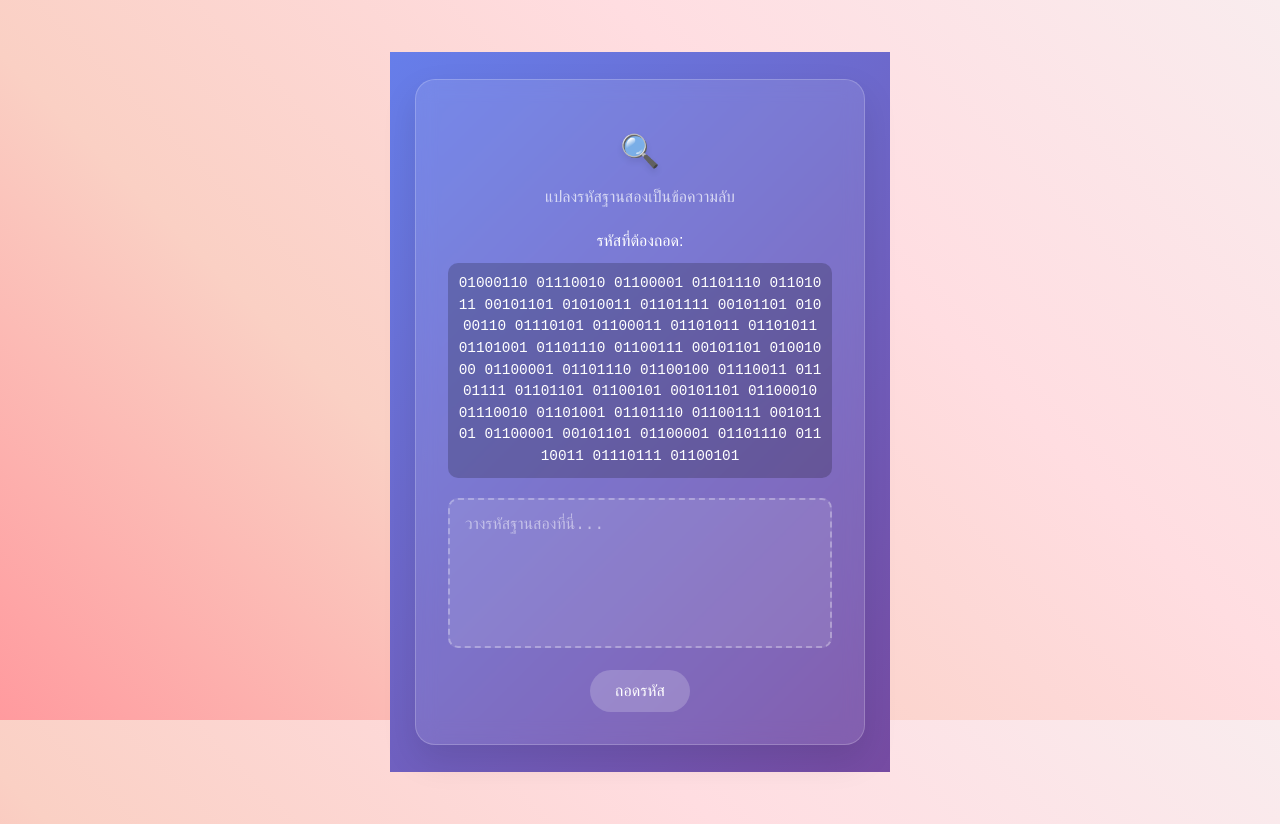
Repository: Jinwoo290350/Quiz_Fun
Page: /
These files come from the project's save history. The page is drawn as it stood at one moment and after a run of saves; the edit follows.
The browser window is 1280 px wide. The pictures show the whole page.
Backgrounds fixed to the window are drawn as part of the page. The project was rebuilt for these pictures with package versions that can differ from the ones it lists, and the page was loaded fresh each time. Also part of the build but not shown: vite.config.js.

Above is the page before, as saved 2025-02-05 22:36:08.

### src/App.vue
<template>
  <div class="container">
    <Ask />
  </div>
</template>

<script setup>
import Ask from './components/Ask.vue';
</script>

<style>
*, *::before, *::after {
  box-sizing: border-box;
}

html, body {
  width: 100%;
  min-height: 100vh;
  margin: 0;
  padding: 0;
  overflow-x: hidden;
  /* ควบคุมการซูมบนมือถือ */
  touch-action: manipulation;
}

body {
  background: linear-gradient(45deg, #ff9a9e, #fad0c4, #ffdde1, #f9ecee);
  background-size: 400% 400%;
  animation: gradientBG 15s ease infinite;
  background-attachment: fixed;
  /* เพิ่มการป้องกันการเลือกข้อความ */
  user-select: none;
}

.container {
  width: 100%;
  max-width: 1200px;
  margin: 0 auto;
  padding: 20px;
  /* ทำให้ container เป็น flex container */
  display: flex;
  flex-direction: column;
  align-items: center;
}

/* ปรับขนาดสำหรับแท็บเล็ต */
@media (max-width: 1024px) {
  .container {
    padding: 15px;
    transform: scale(0.95);
  }
}

/* ปรับขนาดสำหรับมือถือแนวตั้ง */
@media (max-width: 768px) {
  html {
    /* ควบคุม font-size พื้นฐาน */
    font-size: 14px;
  }

  .container {
    padding: 10px;
    transform: scale(0.85);
    min-height: 90vh;
  }
}

/* ปรับขนาดสำหรับมือถือขนาดเล็ก */
@media (max-width: 500px) {
  html {
    font-size: 12px;
  }

  .container {
    padding: 5px;
    transform: scale(0.75) translateY(-5%);
    min-height: 80vh;
  }

  body {
    background-size: 300% 300%;
  }
}

@keyframes gradientBG {
  0% {
    background-position: 0% 50%;
  }
  50% {
    background-position: 100% 50%;
  }
  100% {
    background-position: 0% 50%;
  }
}
</style>

### src/components/Ask.vue
<template>
  <div class="decoder-container">
    <div class="glass-card">
      <h1>🔍 </h1>
      <p class="subtitle">แปลงรหัสฐานสองเป็นข้อความลับ</p>

      <div class="binary-display">
        <div class="binary-label">รหัสที่ต้องถอด:</div>
        <code class="binary-code">{{ binaryQuestion }}</code>
      </div>

      <textarea
        v-model="binaryInput"
        placeholder="วางรหัสฐานสองที่นี่..."
        class="binary-input"
        @input="resetResult"
      ></textarea>

      <button
        @click="convertBinary"
        class="decode-button"
        :disabled="!binaryInput.trim()"
      >
        ถอดรหัส
      </button>

      <div v-if="convertedText" class="result-section">
        <div
          class="result-box"
          :class="{
            'success-box': isCorrect,
            'error-box': isIncorrect
          }">
          <p class="result-text">
            {{ resultMessage }}
          </p>
        </div>
      </div>
    </div>
  </div>
</template>

<script>
export default {
  data() {
    return {
      binaryQuestion: '01000110 01110010 01100001 01101110 01101011 00101101 01010011 01101111 00101101 01000110 01110101 01100011 01101011 01101011 01101001 01101110 01100111 00101101 01001000 01100001 01101110 01100100 01110011 01101111 01101101 01100101 00101101 01100010 01110010 01101001 01101110 01100111 00101101 01100001 00101101 01100001 01101110 01110011 01110111 01100101',
      binaryInput: '',
      convertedText: '',
      isCorrect: false,
      isIncorrect: false
    }
  },
  computed: {
    resultMessage() {
      if (this.isCorrect) return 'ถูกต้อง! 🎉'
      if (this.isIncorrect) return 'ลองใหม่อีกครั้ง 🤔'
      return this.convertedText
    }
  },
  methods: {
    convertBinary() {
      try {
        const correctAnswer = 'แ'
        const binaryArray = this.binaryInput.trim().split(/\s+/)

        this.convertedText = binaryArray
          .map(bin => String.fromCharCode(parseInt(bin, 2)))
          .join('')

        // Normalize both strings before comparison
        const normalizedInput = this.normalizeString(this.convertedText)
        const normalizedCorrect = this.normalizeString(correctAnswer)

        this.isCorrect = normalizedInput === normalizedCorrect
        this.isIncorrect = !this.isCorrect

        if (this.isIncorrect) {
          this.shakeErrorAnimation()
          setTimeout(() => {
            this.resetResult()
          }, 2000)
        }
      } catch (error) {
        this.isIncorrect = true
        this.convertedText = 'เกิดข้อผิดพลาด'
      }
    },
    normalizeString(str) {
      return str
        .toLowerCase()
        .replace(/[^a-z]/g, '')
    },
    resetResult() {
      this.convertedText = ''
      this.isCorrect = false
      this.isIncorrect = false
    },
    shakeErrorAnimation() {
      const input = document.querySelector('.binary-input')
      input.classList.add('shake')
      setTimeout(() => {
        input.classList.remove('shake')
      }, 500)
    }
  }
}
</script>

<style scoped>
.decoder-container {
  display: flex;
  justify-content: center;
  align-items: center;
  min-height: 100vh;
  background: linear-gradient(135deg, #667eea 0%, #764ba2 100%);
  font-family: 'Arial', sans-serif;
  margin: 0;
  padding: 0;
}

.glass-card {
  background: rgba(255, 255, 255, 0.1);
  backdrop-filter: blur(10px);
  border-radius: 20px;
  border: 1px solid rgba(255, 255, 255, 0.2);
  box-shadow: 0 15px 35px rgba(0, 0, 0, 0.1);
  padding: 2rem;
  width: 90%;
  max-width: 500px;
  text-align: center;
  transition: all 0.3s ease;
}

h1 {
  color: white;
  margin-bottom: 10px;
  font-size: 2rem;
  text-shadow: 0 4px 6px rgba(0, 0, 0, 0.1);
}

.subtitle {
  color: rgba(255, 255, 255, 0.7);
  margin-bottom: 20px;
  font-size: 1rem;
}

.binary-display {
  margin-bottom: 20px;
}

.binary-label {
  color: white;
  margin-bottom: 10px;
}

.binary-code {
  background: rgba(0, 0, 0, 0.2);
  color: white;
  padding: 10px;
  border-radius: 10px;
  font-family: monospace;
  word-break: break-all;
  font-size: 0.9rem;
  display: block;
}

.binary-input {
  width: 100%;
  height: 150px;
  padding: 15px;
  margin-bottom: 15px;
  background: rgba(255, 255, 255, 0.1);
  border: 2px dashed rgba(255, 255, 255, 0.3);
  border-radius: 10px;
  resize: none;
  color: white;
  font-size: 1rem;
  transition: all 0.3s ease;
}

.binary-input::placeholder {
  color: rgba(255, 255, 255, 0.5);
}

.decode-button {
  background: linear-gradient(to right, #6a11cb 0%, #2575fc 100%);
  color: white;
  border: none;
  padding: 12px 25px;
  border-radius: 25px;
  cursor: pointer;
  transition: all 0.3s ease;
  font-size: 1rem;
}

.decode-button:hover {
  transform: scale(1.05);
  box-shadow: 0 10px 20px rgba(0, 0, 0, 0.2);
}

.decode-button:disabled {
  background: rgba(255, 255, 255, 0.2);
  cursor: not-allowed;
}

.result-section {
  margin-top: 20px;
}

.result-box {
  padding: 15px;
  border-radius: 10px;
  font-size: 1rem;
}

.success-box {
  background: rgba(76, 175, 80, 0.3);
  color: white;
}

.error-box {
  background: rgba(244, 67, 54, 0.3);
  color: white;
}

@keyframes shake {
  0%, 100% { transform: translateX(0); }
  10%, 30%, 50%, 70%, 90% { transform: translateX(-10px); }
  20%, 40%, 60%, 80% { transform: translateX(10px); }
}

.shake {
  animation: shake 0.5s;
}
</style>

Loaded but not shown: index.html (common file); src/main.js (common file); src/style.css (common file)

After the next 2 saves:
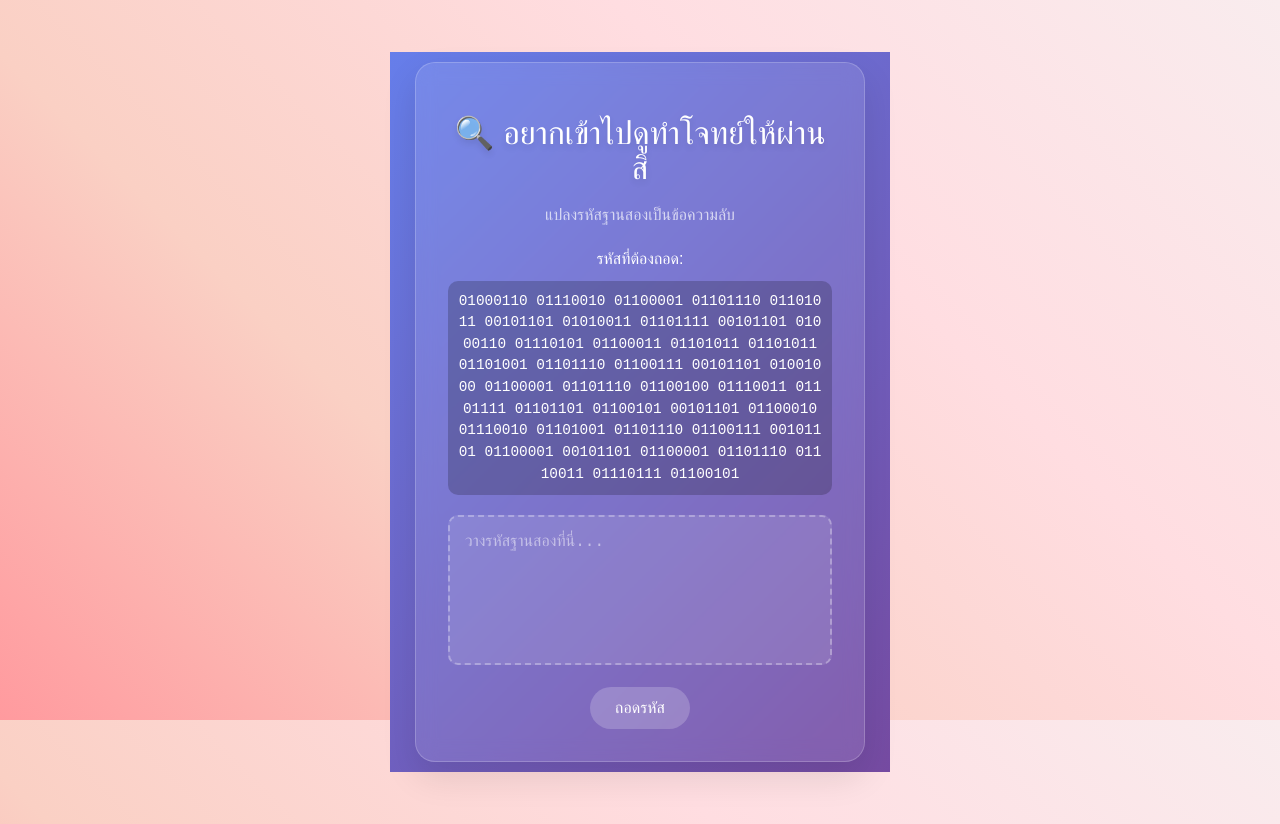
The 2 saves are shown as one change because they came seconds apart.
The last was saved 11 s later.
--- a/src/components/Ask.vue
+++ b/src/components/Ask.vue
@@ -1,7 +1,7 @@
 <template>
   <div class="decoder-container">
     <div class="glass-card">
-      <h1>🔍 </h1>
+      <h1>🔍 อยากเข้าไปดูทำโจทย์ให้ผ่านสิ</h1>
       <p class="subtitle">แปลงรหัสฐานสองเป็นข้อความลับ</p>
 
       <div class="binary-display">
